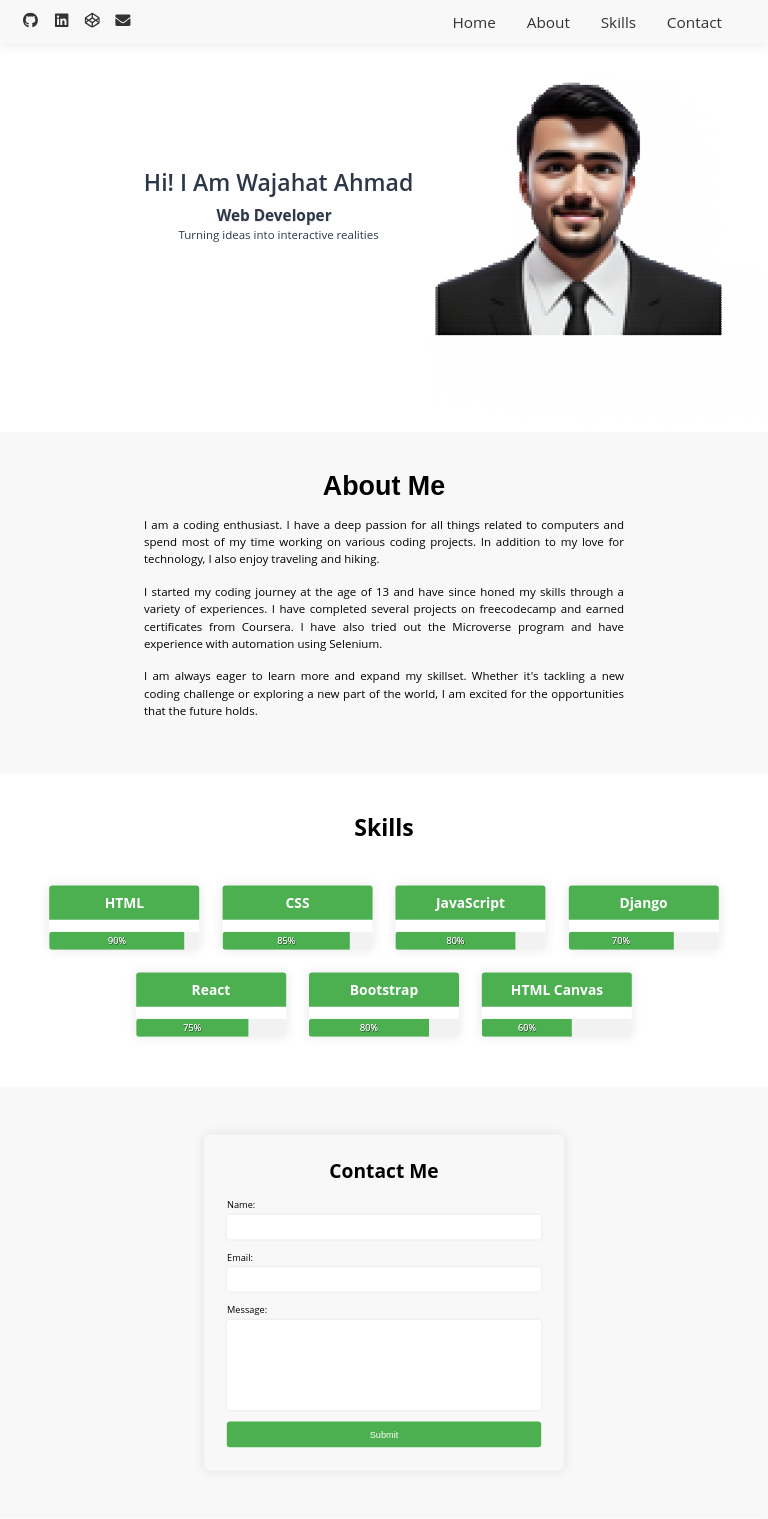
Repository: WajahatKanju/wajahatkanju.github.io
Page: /
An editor plug-in stored every save of this project. The page is shown before and after the next save, followed by the edit.
The browser window is 1280 px wide. The pictures show the whole page, at 60% of full size.
The project was rebuilt for these pictures with package versions that can differ from the ones it lists, and the page was loaded fresh each time. Also part of the build but not shown: vite.config.js.

Above is the page before, as saved 2023-05-05 18:36:36.

After the next save:
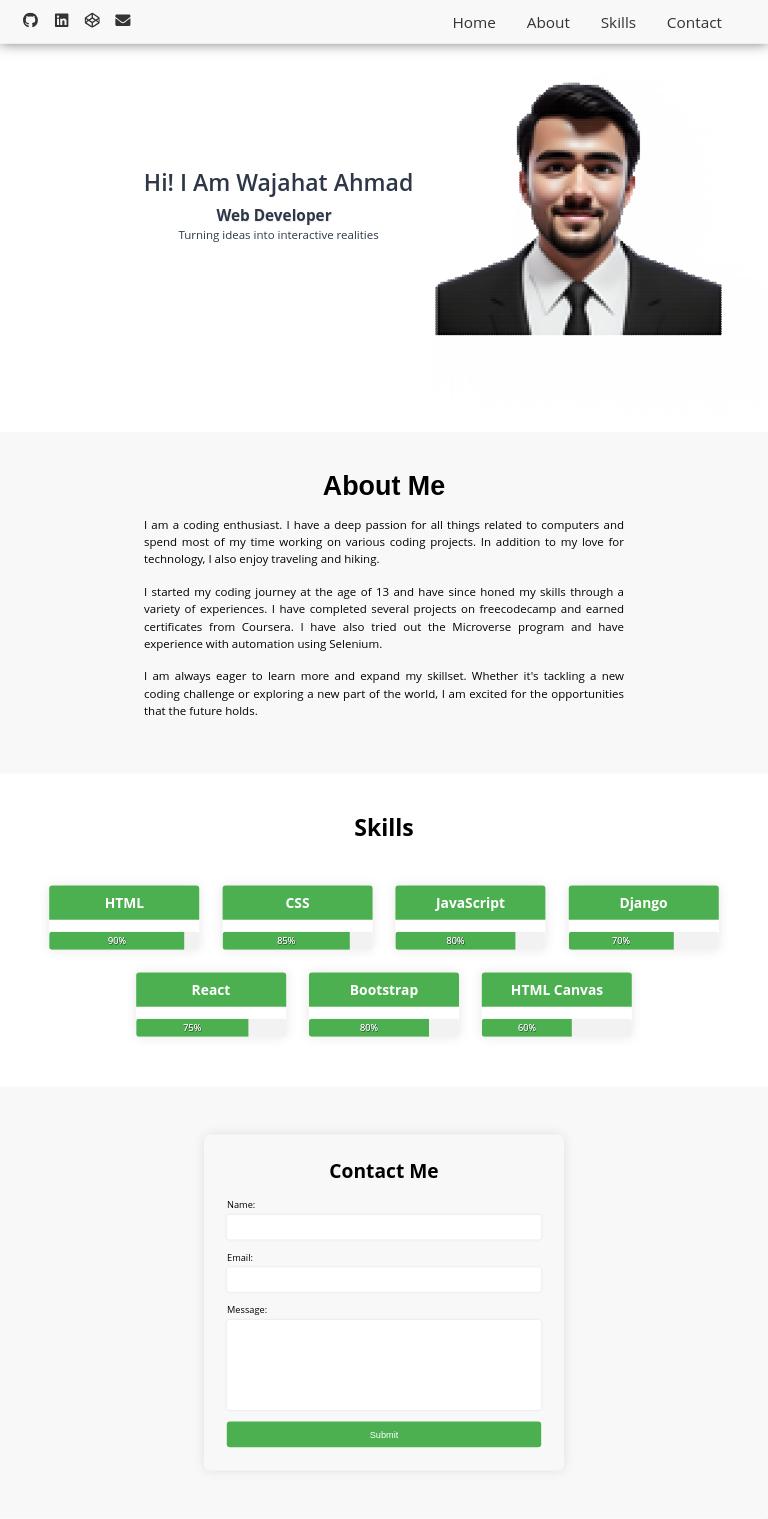
Saved 11 s later.
--- a/src/styles/Navigation.scss
+++ b/src/styles/Navigation.scss
@@ -4,7 +4,7 @@
   align-items: center;
   padding: 1.5rem 3rem;
   background-color: #F8F8F8;
-  box-shadow: 0 0 20px rgba(0, 0, 0, 0.1);
+  box-shadow: 0 0 20px rgba(0, 0, 0, 0.5);
 
   position: fixed;
   top: 0;
